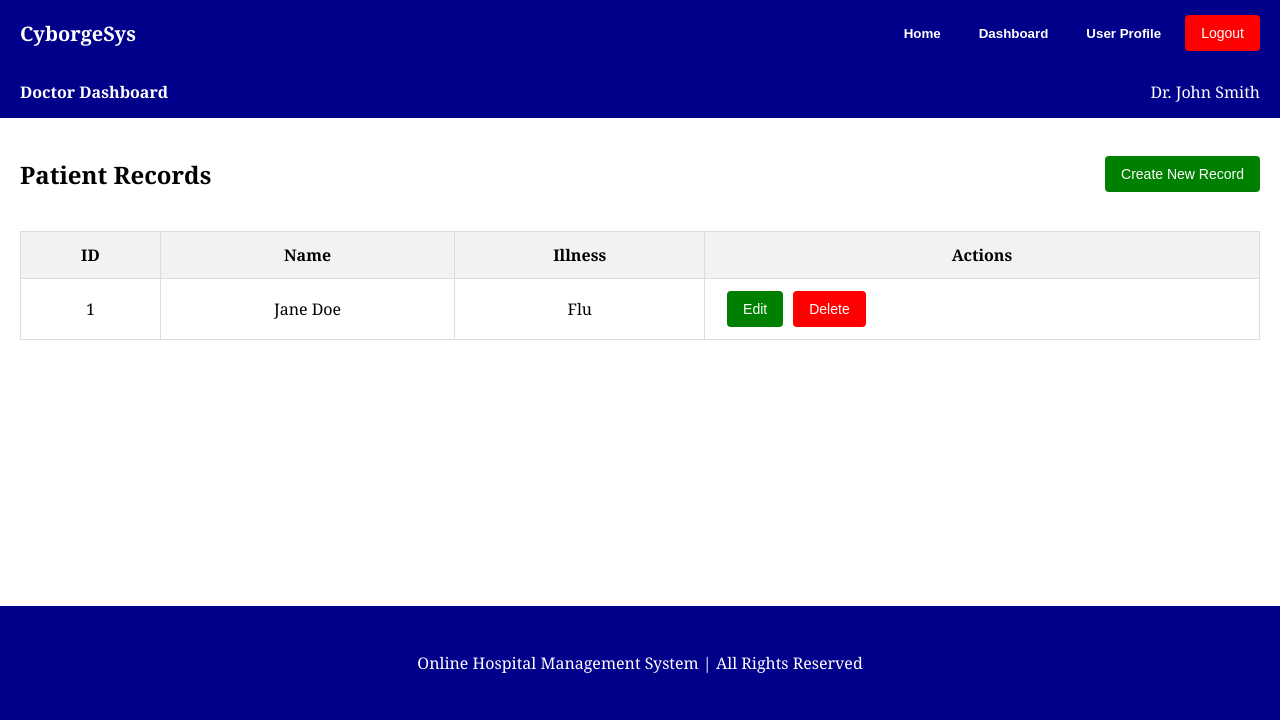
Repository: BinuriJ/HospitalSystem
Page: http://localhost/CyborgSys/DoctorDashboard.jsp
An editor plug-in stored every save of this project. The page is shown before and after the next save, followed by the edit.
The browser window is 1280 px wide. The pictures show the whole page.
The page is served by Tomcat 9.

Above is the page before, as saved 2025-05-10 05:42:48.

### CyborgSys/WebContent/DoctorDashboard.jsp
<%@ page language="java" contentType="text/html; charset=UTF-8" pageEncoding="UTF-8"%>
<%@ include file="DocterDashboardstyles.jsp" %>
<!DOCTYPE html>
<html>
<head>
    <meta charset="UTF-8">
    <title>Doctor Dashboard</title>
    <style>
    	<jsp:include page="footerCss.jsp" />
    </style>
</head>
<body>

<jsp:include page="header.jsp" />

<div class="top-bar">
    <div><strong>Doctor Dashboard</strong></div>
    <div>
        <span>Dr. John Smith</span>
    </div>
</div>



<div class="container">
    <div class="header">
        <h2>Patient Records</h2>
        <button class="btn btn-create">Create New Record</button>
    </div>

    <table>
        <thead>
            <tr>
                <th>ID</th>
                <th>Name</th>
                <th>Illness</th>
                <th>Actions</th>
            </tr>
        </thead>
        <tbody>
            <tr>
                <td>1</td>
                <td>Jane Doe</td>
                <td>Flu</td>
                <td>
                    <div class="actions">
                    	<br>
                        <button class="btn btn-edit">Edit</button>
                        <button class="btn btn-delete">Delete</button>
                    </div>
                </td>
            </tr>
        </tbody>
    </table>
</div>

 <!-- Include the footer -->
        <jsp:include page="footer.jsp" />

</body>
</html>

### CyborgSys/WebContent/DocterDashboardstyles.jsp
<style>
body {
    font-family: Cambria, sans-serif;
    margin: 0;
    background-color: white;
}

.top-bar {
    background-color: darkblue;
    color: white;
    padding: 15px 20px;
    display: flex;
    justify-content: space-between;
    align-items: center;
}

.container {
    padding: 20px;
}

.header {
    display: flex;
    justify-content: space-between;
    align-items: center;
    margin-bottom: 20px;
}

.btn {
    padding: 10px 16px;
    border: none;
    border-radius: 4px;
    cursor: pointer;
    font-size: 14px;
}

.btn-create {
    background-color: green;
    color: white;
}

.btn-create:hover {
    background-color: darkgreen;
}

.btn-edit {
    background-color: green;
    color: white;
}

.btn-edit:hover {
    background-color: darkgreen;
}

.btn-delete {
    background-color: red;
    color: white;
}

.btn-delete:hover {
    background-color: darkred;
}


table {
    width: 100%;
    border-collapse: collapse;
    background-color: white;
}

th, td {
    border: 1px solid #ddd;
    padding: 12px;
    text-align: center;
}

th {
    background-color: #f2f2f2;
}

.actions {
    display: flex;
    gap: 10px;
}
</style>

### CyborgSys/WebContent/footerCss.jsp
<style>

html, body {
    height: 100%; /* Make the html and body take full height of the viewport */
}

body {
    display: flex;
    flex-direction: column; /* Use flexbox to arrange content vertically */
    min-height: 100vh; /* Make body take the full height of the viewport */
}

.container {
    flex: 1; /* Let the main content expand to fill the available space */
}

footer {
    background-color: darkblue; /* Dark background for the footer */
    color: white; /* White text */
    padding: 10px 0; /* Padding for the footer */
    text-align: center; /* Center the footer text */
}

</style>

### CyborgSys/WebContent/header.jsp
<%@ page language="java" contentType="text/html; charset=UTF-8" pageEncoding="UTF-8"%>
<%@ include file="HeaderCss.jsp" %>
<!DOCTYPE html>
<html>
<head>
  <meta charset="UTF-8">
  <title>Common Header</title>
</head>
<body>

<div class="nav-header">
  <div class="logo">CyborgeSys</div>
  <div class="nav-buttons">
    <button class="header-btn">Home</button>
    <button class="header-btn">Dashboard</button>
    <button class="header-btn">User Profile</button>
    <button class="btn btn-logout">Logout</button>
  </div>
</div>

</body>
</html>

### CyborgSys/WebContent/HeaderCss.jsp
<style>
body {
  margin: 0;
  font-family: Cambria, sans-serif;
}

.nav-header {
  background-color: darkblue;
  padding: 15px 20px;
  display: flex;
  justify-content: space-between;
  align-items: center;
  color: white;
}

.logo {
  font-size: 20px;
  font-weight: bold;
}

.nav-buttons {
  display: flex;
  gap: 10px;
}

.header-btn {
  background-color: darkblue;
  color: white;
  border: none;
  padding: 8px 14px;
  border-radius: 4px;
  cursor: pointer;
  font-weight: bold;
}

.header-btn:hover {
  background-color: slategray;
}

.btn-logout {
  background-color: red;
  color: white;
}

.btn-logout:hover {
  background-color: darkred;
}
</style>

### CyborgSys/WebContent/footer.jsp
<!-- footer.jsp -->
<footer class="bg-dark text-light py-3">
    <div class="container text-center">
        <p>Online Hospital Management System | All Rights Reserved</p>
    </div>
</footer>

After the next save:
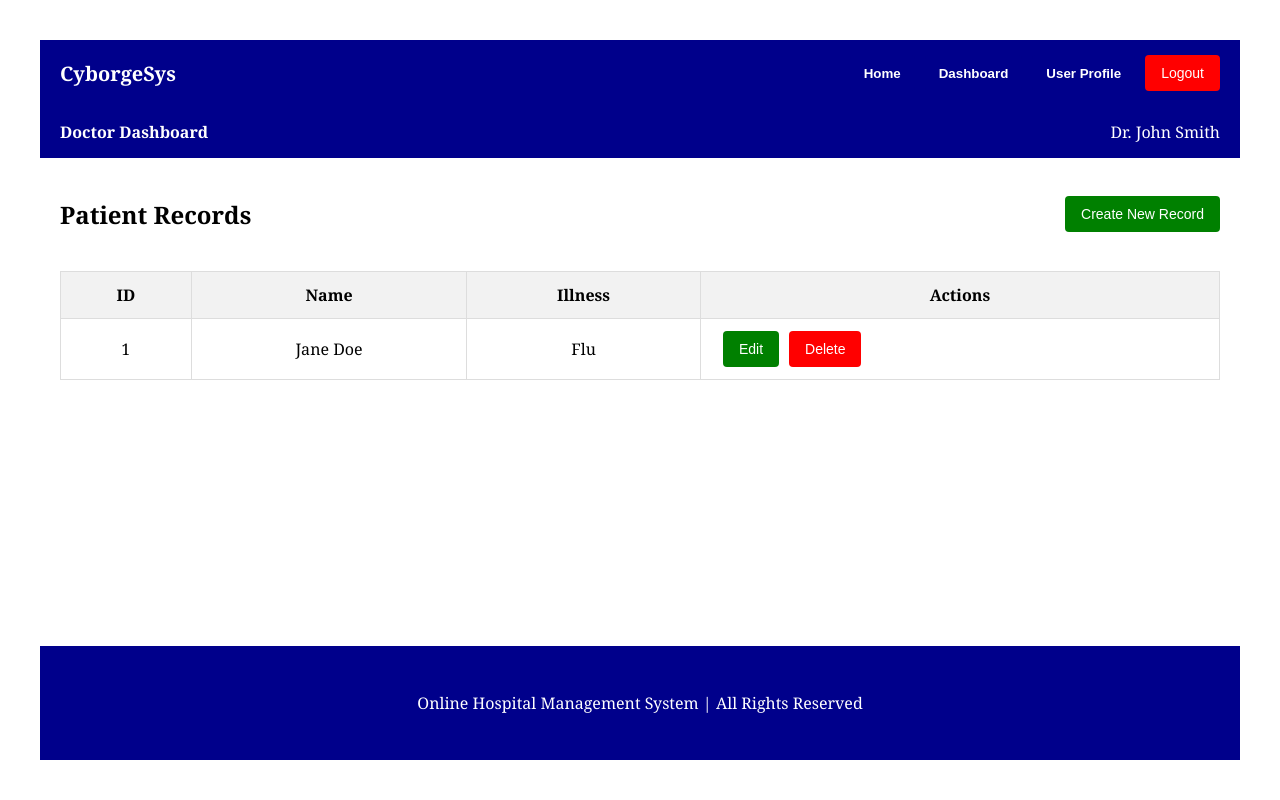
Saved 58 s later.
--- a/CyborgSys/WebContent/DocterDashboardstyles.jsp
+++ b/CyborgSys/WebContent/DocterDashboardstyles.jsp
@@ -1,6 +1,7 @@
 <style>
 body {
     font-family: Cambria, sans-serif;
+    padding: 40px;
     margin: 0;
     background-color: white;
 }
